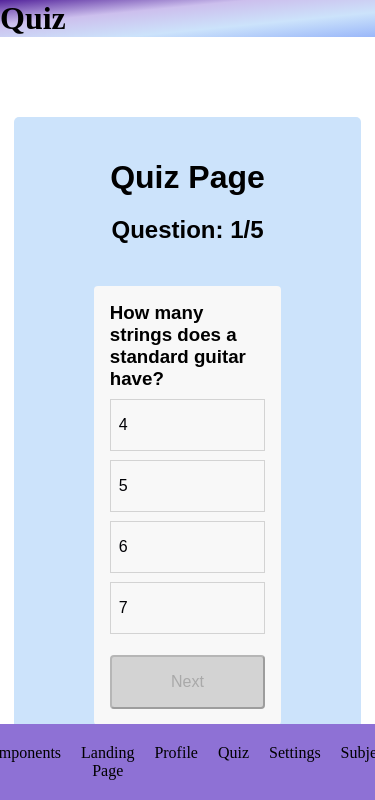
Repository: 1medi/pocketprof
Page: /quiz/page
These files come from the project's save history. The page is drawn as it stood at one moment and after the next save; the edit follows.
The browser window is 375 px wide. The pictures show the whole page.
The project was rebuilt for these pictures with package versions that can differ from the ones it lists, and the page was loaded fresh each time. The framework's server and built-in components were replaced by stand-ins that run in the browser. Also part of the build but not shown: next.config.mjs, Components/Buttons/Oscar/Oscar.module.css, Components/Buttons/Oscar/index.js.

Above is the page before, as saved 2024-04-12 21:18:30.

### pages/quiz/page.jsx
'use client';
import React, { useState, useRef, useEffect } from 'react';
import { quiz } from "../data"
import styles from "./page.module.css"
import { Montserrat } from "next/font/google"
import Header from '@/Components/Header';
import NavBar from "@/Components/Navbar"


const notoSans = Montserrat({
  subsets: ['latin'],
});

export default function Page() {
  const [activeQuestion, setActiveQuestion] = useState(0);
  const [selectedAnswer, setSelectedAnswer] = useState('');
  const [checked, setChecked] = useState(false);
  const [selectedAnswerIndex, setSelectedAnswerIndex] = useState(null);
  const [showResult, setShowResult] = useState(false);
  const [result, setResult] = useState({
    score: 0,
    correctAnswers: 0,
    wrongAnswers: 0,
  });

  const nextButtonRef = useRef(null);

  const { questions } = quiz;
  const { answers, correctAnswer } = questions[activeQuestion];

  const onAnswerSelected = (answer, idx, event = null) => {
    if (event && event.type === 'keydown' && (event.key !== 'Enter' && event.key !== ' ')) {
      return;
    }
    setChecked(true);
    setSelectedAnswerIndex(idx);
    if (answer === correctAnswer) {
      setSelectedAnswer(true);
      console.log('true');
    } else {
      setSelectedAnswer(false);
      console.log('false');
    }
  };


  useEffect(() => {
    if (checked && nextButtonRef.current) {
      nextButtonRef.current.focus();
    }
  }, [checked]);

  const nextQuestion = () => {
    setSelectedAnswerIndex(null);
    setResult((prev) =>
      selectedAnswer
        ? {
            ...prev,
            score: prev.score + 5,
            correctAnswers: prev.correctAnswers + 1,
          }
        : {...prev,
            wrongAnswers: prev.wrongAnswers + 1,
          }
    );
    if (activeQuestion !== questions.length - 1) {
      setActiveQuestion((prev) => prev + 1);
    } else {
      setActiveQuestion(0);
      setShowResult(true);
    }
    setChecked(false);
  };

  return (
    <>
    <Header name="Quiz"/>
      <div className={`${styles.container}`}>
      <h1 className={styles.title}>Quiz Page</h1>
      <div>
        <h2 className={styles.activeQ}>
          Question: {activeQuestion + 1}
          <span>/{questions.length}</span>
        </h2>
      </div>
      <div>
        {!showResult ? (
          <div className={styles.quizContainer}>
            <h3 className={styles.question}>{questions[activeQuestion].question}</h3>
            {answers.map((answer, idx) => (
              <li
                key={idx}
                onClick={() => onAnswerSelected(answer, idx)}
                onKeyDown={(event) => onAnswerSelected(answer, idx, event)}
                className={`${styles.answerList} ${selectedAnswerIndex === idx ? styles.itemSelected : styles.itemHover}`}
                tabIndex={0}>
                <span>{answer}</span>
              </li>
            ))}

            <button
              ref={nextButtonRef}
              onClick={nextQuestion}
              className={checked ? styles.btn : styles.btnDisabled}
              tabIndex={2}
              disabled={!checked}>
              {activeQuestion === questions.length - 1 ? 'Finish' : 'Next'}
            </button>
          </div>
        ) : (
          <div className={styles.quizContainer}>
            <h3 className={styles.hthree}>Results</h3>
            <h3 className={styles.hthree}>Overall {(result.score / (questions.length * 5)) * 100}%</h3>
            <p className={styles.paragraph}>
              Total Questions: <span>{questions.length}</span>
            </p>
            <p className={styles.paragraph}>
              Total Score: <span>{result.score}</span>
            </p>
            <p className={styles.paragraph}>
              Correct Answers: <span>{result.correctAnswers}</span>
            </p>
            <p className={styles.paragraph}>
              Wrong Answers: <span>{result.wrongAnswers}</span>
            </p>
            <button className={styles.btn} onClick={() => window.location.reload()}>Restart</button>
          </div>
        )}
      </div>
    </div>
    <NavBar/>
    </>

  );
};

### pages/api/chat-gpt/route.js
import { NextResponse } from "next/server";

export async function POST(request) {
  return NextResponse.json({
    name: "IT WORKS!!!",
  });
}

### styles/globals.css
:root {
background-color: white;
align-content: center;
--main-color-purple: #53239B;
--main-color-lightpurple: #CCBFED;
--secondary-color-blue: #9AB7F9;
--secondary-color-lightblue: #CCE3FB;

--main-font: "mont", sans-serif;


}


* {
    padding: 0;
    margin: 0;
  }

  ol,
  ul {
    list-style: none;
  }

### pages/data.js
export const quiz = {
    totalQuestions: 5,
    questions: [
      {
        id: 1,
        question: 'How many strings does a standard guitar have?',
        answers: ['4', '5', '6', '7'],
        correctAnswer: '6',
      },
      {
        id: 2,
        question: 'Which part of the guitar do you strum or pluck the strings with?',
        answers: ['Headstock', 'Fretboard', 'Body', 'Bridge'],
        correctAnswer: 'Body',
      },
      {
        id: 3,
        question: 'What is a pick used for in playing the guitar?',
        answers: ['Holding the strings down', 'Strumming or plucking the strings', 'Keeping the guitar in tune', 'San Marino'],
        correctAnswer: 'Strumming or plucking the strings',
      },
      {
        id: 4,
        question: 'What is the name of the thickest string on the guitar?',
        answers: ['A string', 'E string', 'D string', 'G string'],
        correctAnswer: 'E string',
      },
      {
        id: 5,
        question: 'Where do you place your fingers to play different notes on the guitar?',
        answers: ['On the body', 'On the headstock', 'On the strings over the fretboard', 'On the tuning pegs'],
        correctAnswer: 'On the strings over the fretboard',
      },
    ],
  };

### pages/quiz/page.module.css
@media only screen and (max-width:430px) {
  .container{
  padding: 2rem 5rem;
  background-color: var(--secondary-color-lightblue);
  font-family: "Noto", sans-serif;
  max-width: 740px;
  width: 50%;
  margin: auto;
  margin-top: 5em;
  border-radius: 5px;
}

.title,
.activeQ{
  color: black;
  text-align: center;
  padding:10px;
}

.hthree {
  padding-bottom: 2rem;
  color: #000105;
  font-size: 1.8rem;
}

.btn {
  padding: 16px 8px;
  width: 100%;
  margin-top: 12px;
  font-size: 1rem;
  border-radius: 4px;
  cursor: pointer;
  background-color: var(--main-color-purple);
  color: #f8f8f8;
}

.btnDisabled {
  background-color: lightgray;
  padding: 16px 8px;
  width: 100%;
  margin-top: 12px;
  font-size: 1rem;
  border-radius: 4px;
  color: darkgray;

}

.answerList {
  list-style-type: none;
  cursor: pointer;
  margin: 9px 0;
  padding: 16px 8px;
  color: #000105;
  border: 1px solid lightgray;
}

.itemHover:hover {
  background-color: #CCBFED;
  columns: #fff;
}

.itemSelected {
  color: #fff;
  background-color:#8E71D5;
}

.quizContainer {
  background-color: #f8f8f8;
  padding: 1rem;
  margin-top: 2rem;
  border-radius: 4px;
}

.paragraph {
  padding: 8px 0;
}
}

### Components/Header/index.js
import styles from "@/Components/Header/Header.module.css"
import Link from "next/link"

export default function Header({
  name
}){
  return (
    <>
    <header className={styles.header}>
      <h1 className={styles.headerTitle}>{name}</h1>


    </header>
    </>
  )
}

### Components/Navbar/index.js
import styles from "./Navbar.module.css"
import Oscar from "@/Components/Buttons/Oscar"
import Link from "next/link"

export default function NavBar() {
  return (
    <nav className={styles.nav}>
        <div className={styles.navContainer}>
          <ul className={styles.navOptions}>
            <li className={styles.navLink}>
            <Link href={'/Components'} className={styles.navText}>Components </Link>
            </li>
            <li className={styles.navLink}>
            <Link href={'/LandingPage'} className={styles.navText}>Landing Page </Link>
            </li>
            <li className={styles.navLink}>
            <Link href={'/Profile'} className={styles.navText}>Profile </Link>
            </li>
            <li className={styles.navLink}>
            <Link href={'/QuizPage'} className={styles.navText}>Quiz</Link>
            </li>
            <li className={styles.navLink}>
            <Link href={'/Settings'} className={styles.navText}>Settings</Link>
            </li>
            <li className={styles.navLink}>
            <Link href={'/Subjects'} className={styles.navText}>Subjects</Link>
            </li>
          </ul>

        </div>
    </nav>
  )
}

### Components/Header/Header.module.css
.header {
  background: linear-gradient(
    to bottom right,
    var(--main-color-purple),
    var(--main-color-lightpurple),
    var(--secondary-color-lightblue),
    var(--secondary-color-blue)
  );
  max-width: 430px;
  width: 100%;
}

### Components/Navbar/Navbar.module.css
.nav {
  position: fixed;
  bottom: 0;
  left: 0;
  max-width: 430px;
  width: 100%;
  display: flex;
  flex-direction: row;
  background-color:#8E71D5;
  justify-content: center;
}

.buttonContainer{
  padding:10px;

}

.navOptions{
  display: flex;
  flex-direction: row;
  text-align: center;
  justify-content: center;
  padding: 10px;
  text-decoration: none;
}

.navLink{
  padding: 10px;
  border-radius: 10px;
  text-decoration: none;
  list-style: none;
}

.navLink:hover{
  background-color: #CCBFED;
}

.navText{
  text-decoration: none;
  list-style: none;
  color:black;
}

.navText:visited{
  text-decoration: none;
  list-style: none;
  color: black;
}

Loaded but not shown: pages/_app.js (common file); pages/_document.js (common file); pages/api/hello.js (common file); pages/api/askOscar.js (no copy from this time; the picture is the same without it); pages/api/chat.js (no copy from this time; the picture is the same without it); pages/api/image.js (no copy from this time; the picture is the same without it)

After the next save:
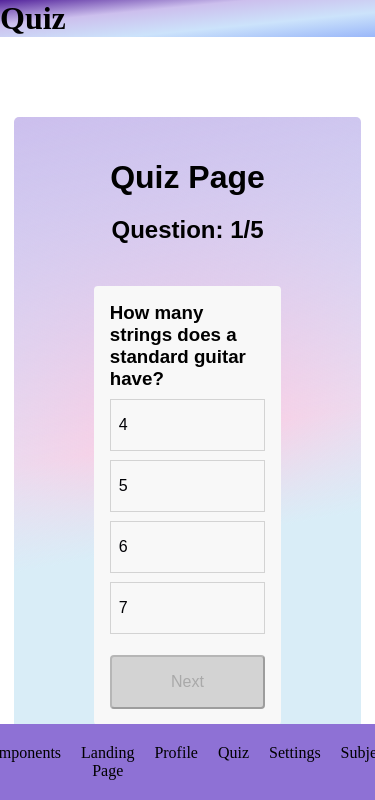
Saved 22 h 4 min later.
--- a/pages/quiz/page.module.css
+++ b/pages/quiz/page.module.css
@@ -1,13 +1,14 @@
 @media only screen and (max-width:430px) {
   .container{
   padding: 2rem 5rem;
-  background-color: var(--secondary-color-lightblue);
+  background: linear-gradient(-10deg, #d9edf7 35%, rgba(237, 202, 216, 0) 50%, var(--main-color-lightpurple)), radial-gradient(circle, #ffcae1 0, #daeafc 100%);
   font-family: "Noto", sans-serif;
   max-width: 740px;
   width: 50%;
   margin: auto;
   margin-top: 5em;
   border-radius: 5px;
+
 }
 
 .title,
